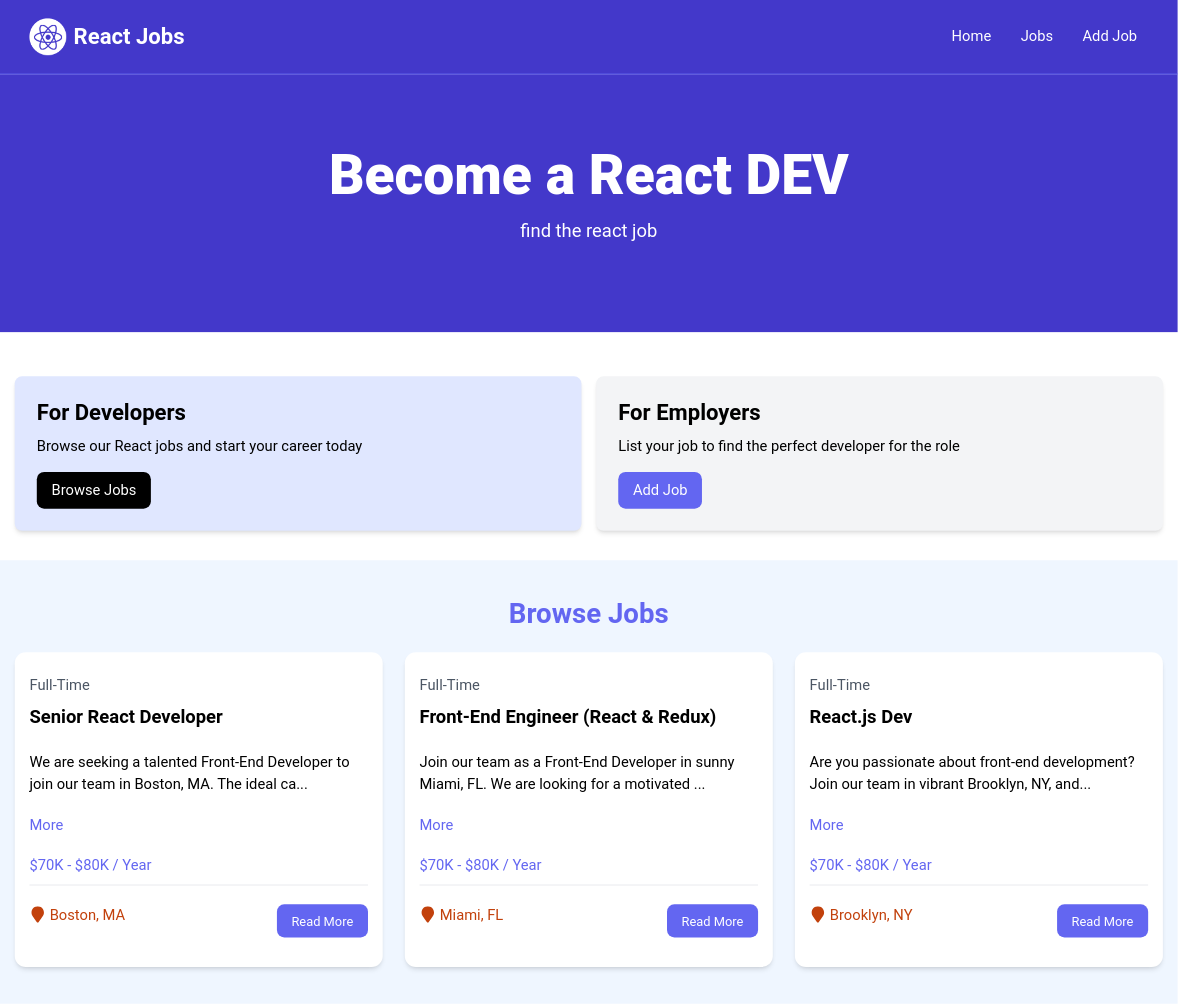
Repository: Geohot-2020/React_setup
Page: / (app in react-crash-2024/)
An editor plug-in stored every save of this project. The page is shown before and after the next save, followed by the edit.
The browser window is 1280 px wide. The pictures show the whole page, at 92% of full size.
The project was rebuilt for these pictures with package versions that can differ from the ones it lists, and the page was loaded fresh each time. Also part of the build but not shown: react-crash-2024/vite.config.js, react-crash-2024/src/components/ViewAllJobs.jsx, react-crash-2024/src/pages/JobsPage.jsx, react-crash-2024/src/pages/NotFoundPage.jsx.

Above is the page before, as saved 2024-11-13 17:18:41.

After the next save:
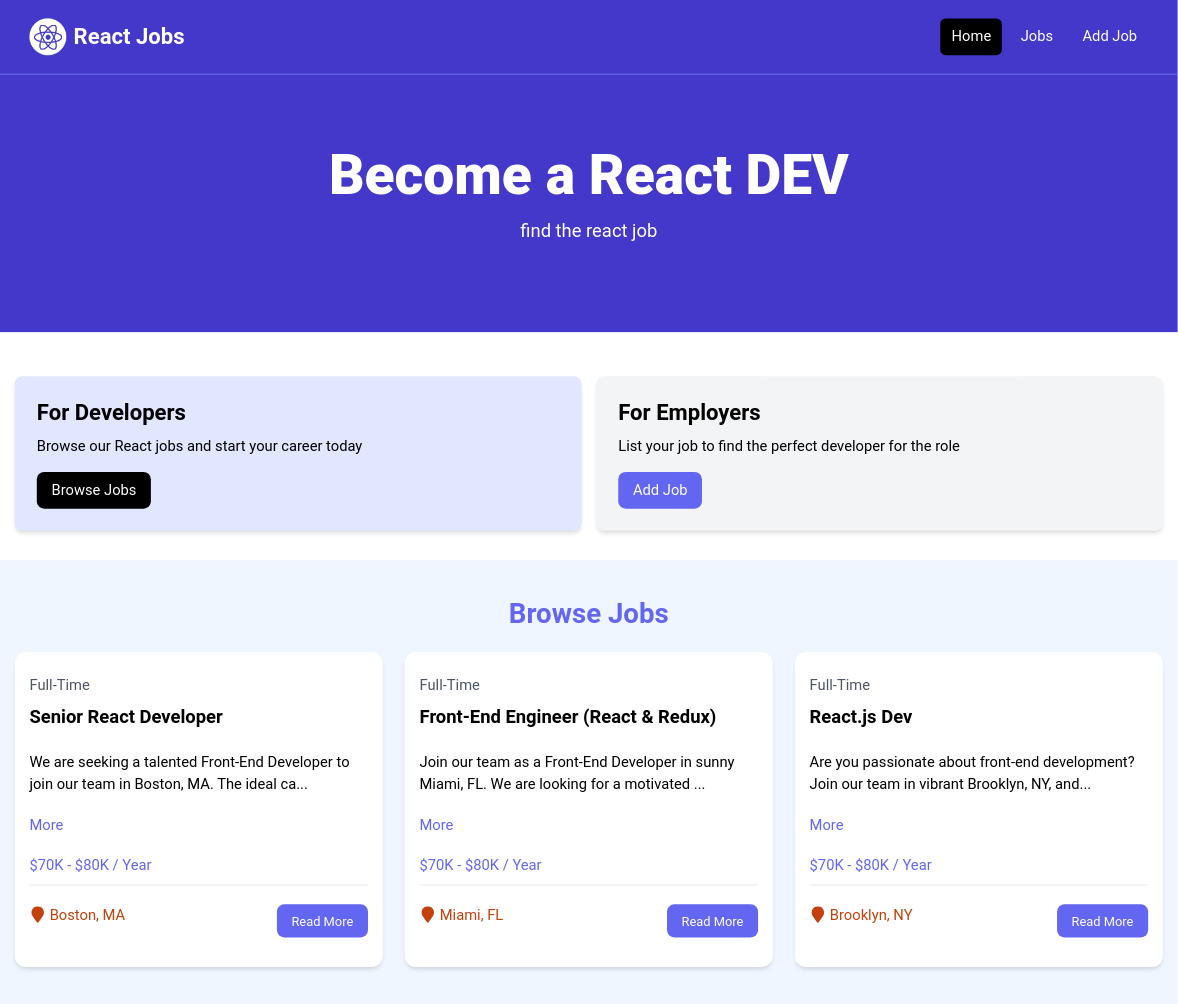
Saved 5 s later.
--- a/react-crash-2024/src/components/Navbar.jsx
+++ b/react-crash-2024/src/components/Navbar.jsx
@@ -25,7 +25,7 @@ const Navbar = () => {
                             <div className="flex space-x-2">
                                 <NavLink
                                     to="/"
-                                    className={ ( isActive) => isActive ? 'bg- text-white hover:bg-gray-900 hover:text-white rounded-md px-3 py-2': ''}
+                                    className={ ( isActive) => isActive ? 'bg-black text-white hover:bg-gray-900 hover:text-white rounded-md px-3 py-2': ''}
                                 >Home</NavLink
                                 >
                                 <NavLink
